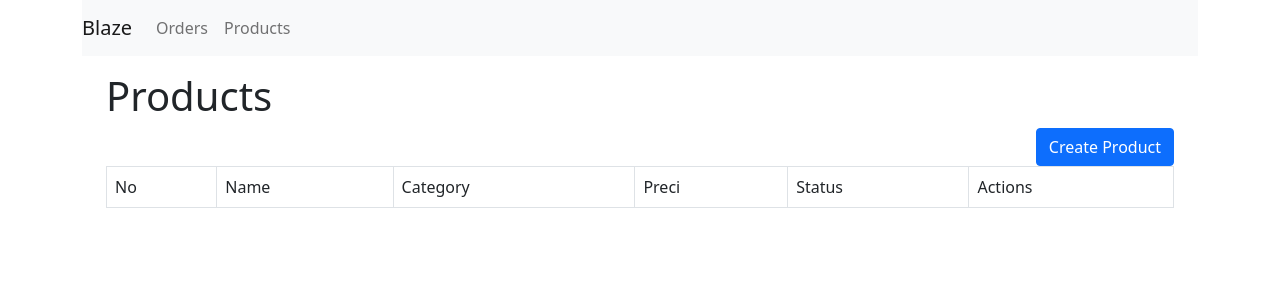
Repository: Isamae/Fractal
Page: /products (app in frond/)
An editor plug-in stored every save of this project. The page is shown before and after a run of saves, followed by the edit.
The browser window is 1280 px wide. The pictures show the whole page.
The page's requests for data from a server got no answer. The project was rebuilt for these pictures with package versions that can differ from the ones it lists, and the page was loaded fresh each time. No one was signed in, and anything a server would have sent is missing. Also part of the build but not shown: frond/src/App.css, frond/src/components/AddProductComponent.js, frond/src/components/OrderComponent.js.

Above is the page before, as saved 2021-09-16 16:40:03.

### frond/src/index.js
import React from 'react';
import ReactDOM from 'react-dom';
import { BrowserRouter } from "react-router-dom";

import App from './App';
import * as serviceWorker from "./serviceWorker";


ReactDOM.render(
  <BrowserRouter>
    <App />
  </BrowserRouter>,
  document.getElementById('root')
);

serviceWorker.unregister();

### frond/src/App.js
import React, { Component } from "react";
import { Switch, Route, Link } from "react-router-dom";

import 'bootstrap/dist/css/bootstrap.min.css'
import './App.css';

import ProductComponent from "./components/ProductComponent";
import OrderComponent from "./components/OrderComponent";

class App extends Component {
  render() {
    return (
      <div class="container">
          <nav class="navbar navbar-expand-lg navbar-light bg-light">
              <Link to={"/orders"} className="navbar-brand">
                Blaze
              </Link>
              <div className="navbar-nav mr-auto">
                  <li className="nav-item">
                      <Link to={"/orders"} className="nav-link">
                          Orders
                      </Link>
                  </li>
                  <li className="nav-item">
                      <Link to={"/products"} className="nav-link">
                        Products
                      </Link>
                  </li>
              </div>
          </nav>

          <div className="container mt-3">
              <Switch>
                  <Route exact path="/products" component={ProductComponent} />
                  <Route exact path="/orders" component={OrderComponent} />
              </Switch>
          </div>
      </div>
    );
  }
}

export default App;

### frond/src/serviceWorker.js
const isLocalhost = Boolean(
  window.location.hostname === 'localhost' ||
    // [::1] is the IPv6 localhost address.
    window.location.hostname === '[::1]' ||
    // 127.0.0.0/8 are considered localhost for IPv4.
    window.location.hostname.match(
      /^127(?:\.(?:25[0-5]|2[0-4][0-9]|[01]?[0-9][0-9]?)){3}$/
    )
);

export function register(config) {
  if (process.env.NODE_ENV === 'production' && 'serviceWorker' in navigator) {
    // The URL constructor is available in all browsers that support SW.
    const publicUrl = new URL(process.env.PUBLIC_URL, window.location.href);
    if (publicUrl.origin !== window.location.origin) {
      // Our service worker won't work if PUBLIC_URL is on a different origin
      // from what our page is served on. This might happen if a CDN is used to
      return;
    }

    window.addEventListener('load', () => {
      const swUrl = `${process.env.PUBLIC_URL}/service-worker.js`;

      if (isLocalhost) {
        // This is running on localhost. Let's check if a service worker still exists or not.
        checkValidServiceWorker(swUrl, config);

        // Add some additional logging to localhost, pointing developers to the
        // service worker/PWA documentation.
        navigator.serviceWorker.ready.then(() => {
          console.log(
            'This web app is being served cache-first by a service ' +
              'worker. To learn more, visit https://bit.ly/CRA-PWA'
          );
        });
      } else {
        // Is not localhost. Just register service worker
        registerValidSW(swUrl, config);
      }
    });
  }
}

function registerValidSW(swUrl, config) {
  navigator.serviceWorker
    .register(swUrl)
    .then(registration => {
      registration.onupdatefound = () => {
        const installingWorker = registration.installing;
        if (installingWorker == null) {
          return;
        }
        installingWorker.onstatechange = () => {
          if (installingWorker.state === 'installed') {
            if (navigator.serviceWorker.controller) {
              // At this point, the updated precached content has been fetched,
              // but the previous service worker will still serve the older
              // content until all client tabs are closed.
              console.log(
                'New content is available and will be used when all ' +
                  'tabs for this page are closed. See https://bit.ly/CRA-PWA.'
              );

              // Execute callback
              if (config && config.onUpdate) {
                config.onUpdate(registration);
              }
            } else {
              // At this point, everything has been precached.
              // It's the perfect time to display a
              // "Content is cached for offline use." message.
              console.log('Content is cached for offline use.');

              // Execute callback
              if (config && config.onSuccess) {
                config.onSuccess(registration);
              }
            }
          }
        };
      };
    })
    .catch(error => {
      console.error('Error during service worker registration:', error);
    });
}

function checkValidServiceWorker(swUrl, config) {
  // Check if the service worker can be found. If it can't reload the page.
  fetch(swUrl, {
    headers: { 'Service-Worker': 'script' }
  })
    .then(response => {
      // Ensure service worker exists, and that we really are getting a JS file.
      const contentType = response.headers.get('content-type');
      if (
        response.status === 404 ||
        (contentType != null && contentType.indexOf('javascript') === -1)
      ) {
        // No service worker found. Probably a different app. Reload the page.
        navigator.serviceWorker.ready.then(registration => {
          registration.unregister().then(() => {
            window.location.reload();
          });
        });
      } else {
        // Service worker found. Proceed as normal.
        registerValidSW(swUrl, config);
      }
    })
    .catch(() => {
      console.log(
        'No internet connection found. App is running in offline mode.'
      );
    });
}

export function unregister() {
  if ('serviceWorker' in navigator) {
    navigator.serviceWorker.ready
      .then(registration => {
        registration.unregister();
      })
      .catch(error => {
        console.error(error.message);
      });
  }
}

### frond/src/components/ProductComponent.js
import React from "react";
import { Route, Switch } from "react-router";
import Routes from "../services/routes.service";
import AddProductComponent from "./AddProductComponent";

class ProductComponent extends React.Component{
    constructor(props){
        super(props)
        this.state ={
            products:[]
        }
    }

    componentDidMount(){
        this.getProducts();
    }

    getProducts(){
        Routes.getAllProducts().then(
            response => {
                this.setState({products: response.data})
            }
        ).catch(e => {
            console.log(e);
        });
    }

    render(){
        return (
            <div  class="container ">
                <div class="d-flex flex-row"><h1> Products</h1></div>
                <div class="d-flex flex-row-reverse ">
                    <button type="button" class="btn btn-primary">Create Product</button>
                </div>
                <div class="row">
                    <div class="table-responsive ">
                        <table className="table table-striped table-hover table-bordered">
                            <thead>

                                <tr>
                                    <td>No</td>
                                    <td>Name</td>
                                    <td>Category</td>
                                    <td>Preci</td>
                                    <td>Status</td>
                                    <td>Actions</td>
                                </tr>

                            </thead>
                            <tbody>
                                {
                                    this.state.products.map(
                                        product =>
                                        <tr key = {product._id}>
                                            <td>{product._id}</td>
                                            <td>{product.name}</td>
                                            <td>{product.product_category}</td>
                                            <td>{product.unit_price}</td>
                                            <td>{product.active}</td>
                                            <td>
                                                <a href="#" class="view" title="View" data-toggle="tooltip" style={{color:"#10ab80"}}><i class="material-icons">&#xE417;</i></a>
                                                <a href="#" class="edit" title="Edit" data-toggle="tooltip"><i class="material-icons">&#xE254;</i></a>
                                                <a href="#" class="delete" title="Delete" data-toggle="tooltip" style={{color:"red"}}><i class="material-icons">&#xE872;</i></a>

                                            </td>

                                        </tr>

                                    )
                                }
                            </tbody>
                        </table>
                    </div>
                </div>
                <div className="container mt-3">
                    <Switch>
                        <Route exact path="/products/product" component={AddProductComponent} />
                    </Switch>
                </div>
            </div>
        )
    }
}

export default ProductComponent

### frond/src/services/routes.service.js
import http from '../http';

class Routes{
    /*Product*/
    getAllProducts(){
        return http.get("/products");
    }

    createProduct(data) {
        return http.post("/products/product", data);
    }

    /*Orders*/
    getAllOrders(){
        return http.get("/orders");
    }
}

export default new Routes;

Loaded but not shown: frond/public/index.html (common file); frond/src/http.js (common file)

After the next 2 saves:
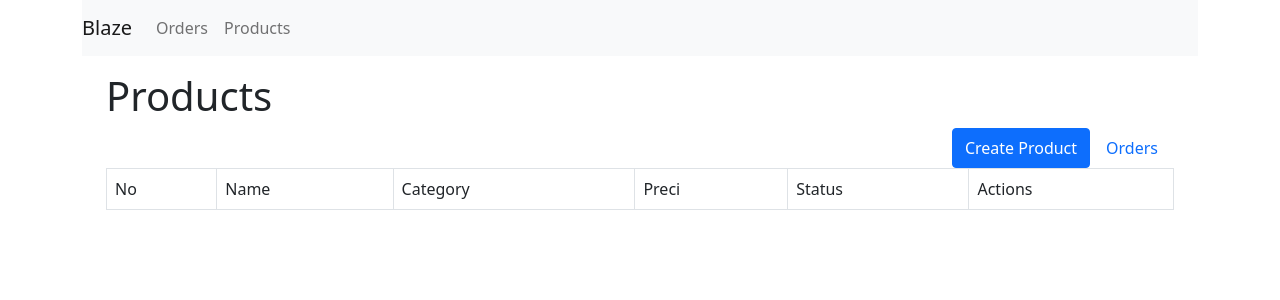
The 2 saves are shown as one change because they came seconds apart.
The last was saved 61 s later.
--- a/frond/src/components/ProductComponent.js
+++ b/frond/src/components/ProductComponent.js
@@ -1,5 +1,6 @@
 import React from "react";
 import { Route, Switch } from "react-router";
+import { Link } from "react-router-dom";
 import Routes from "../services/routes.service";
 import AddProductComponent from "./AddProductComponent";
 
@@ -30,6 +31,9 @@
             <div  class="container ">
                 <div class="d-flex flex-row"><h1> Products</h1></div>
                 <div class="d-flex flex-row-reverse ">
+                    <Link to={"/orders"} className="nav-link">
+                          Orders
+                    </Link>
                     <button type="button" class="btn btn-primary">Create Product</button>
                 </div>
                 <div class="row">

After the 2 saves that followed:
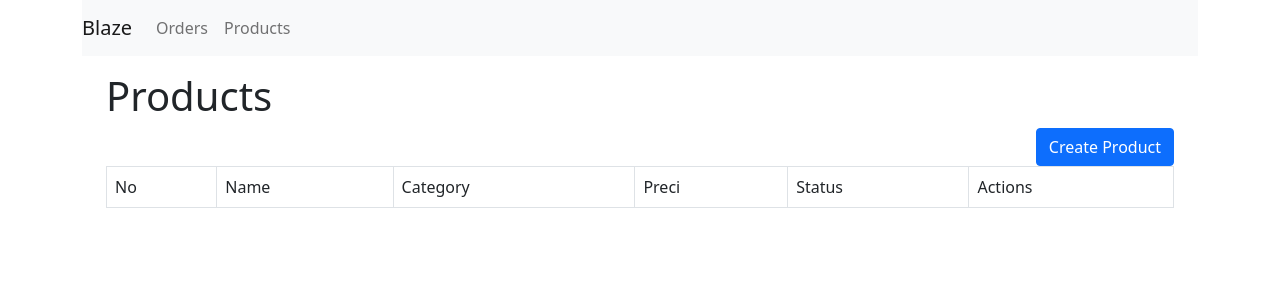
The 2 saves are shown as one change because 1 left the picture as it was.
The last was saved 9 min 54 s later.
--- a/frond/src/components/ProductComponent.js
+++ b/frond/src/components/ProductComponent.js
@@ -31,10 +31,7 @@
             <div  class="container ">
                 <div class="d-flex flex-row"><h1> Products</h1></div>
                 <div class="d-flex flex-row-reverse ">
-                    <Link to={"/orders"} className="nav-link">
-                          Orders
-                    </Link>
-                    <button type="button" class="btn btn-primary">Create Product</button>
+                    <button to={"/products/product"} type="button" class="btn btn-primary">Create Product</button>
                 </div>
                 <div class="row">
                     <div class="table-responsive ">
